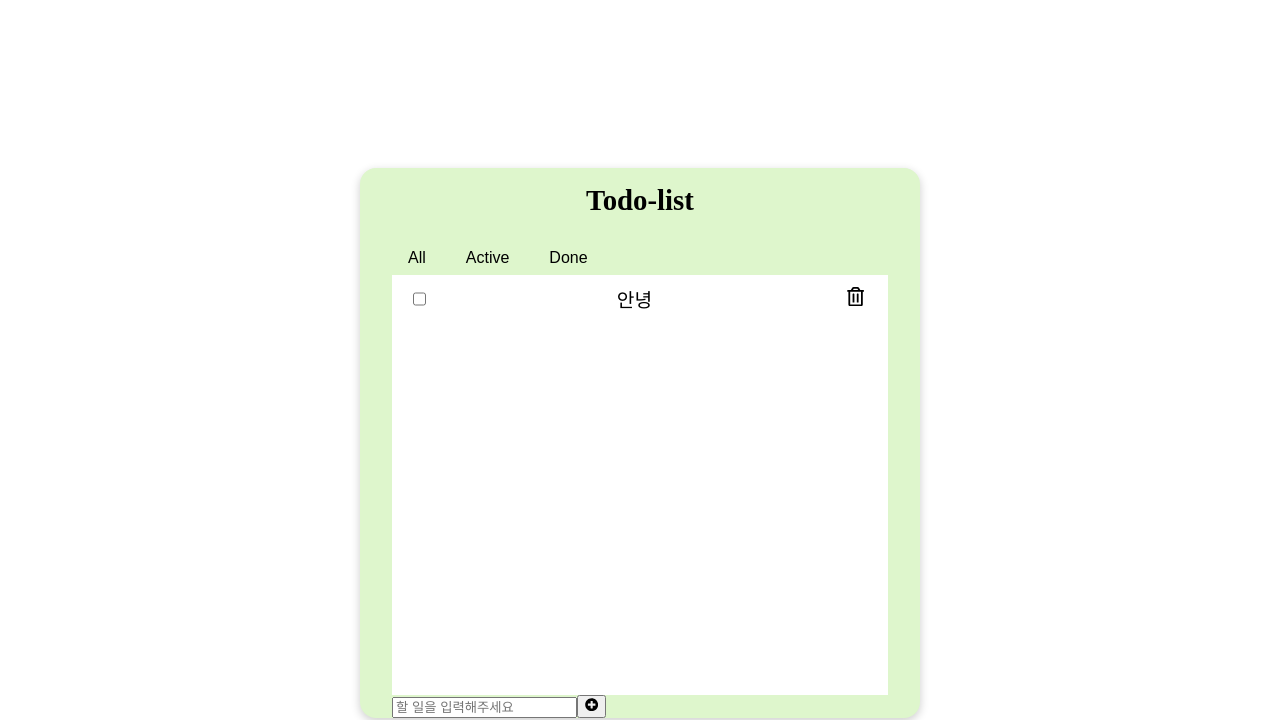
Repository: Yugayoung/todoList
Page: /
The author's editor kept a copy of each file at every save. The page is drawn from the files as they stood at one save, then again after the next save.
The browser window is 1280 px wide. The pictures show the whole page.
Some web fonts or font styles are not loaded; a fallback is used. The project was rebuilt for these pictures with package versions that can differ from the ones it lists, and the page was loaded fresh each time. Also part of the build but not shown: src/App.css.

Above is the page before, as saved 2024-03-21 17:13:20.

### src/index.css
@font-face {
  font-family: 'IM_Hyemin-Bold';
  src: url('./fonts/IM_Hyemin-Regular.otf') format('opentype');
  font-weight: normal;
  font-style: normal;
}

body {
  margin: 0;
  font-family: 'IM_Hyemin-Bold';
  -webkit-font-smoothing: antialiased;
  -moz-osx-font-smoothing: grayscale;
  width: 100vw;
  height: 100vh;
  display: flex;
  justify-content: center;
  align-items: center;
  font-size: 1.2rem;
}

code {
  font-family: source-code-pro, Menlo, Monaco, Consolas, 'Courier New',
    monospace;
}
#root {
  width: 100%;
  height: 60%;
  max-width: 35rem;
}

### src/App.js
import './App.css';
import Todo from './pages/Todo';

function App() {
  return (
    <>
      <Todo />
    </>
  );
}

export default App;

### src/pages/todo.jsx
import React from 'react';
import styled from 'styled-components';
import { FaPlusCircle } from 'react-icons/fa';
import { FaRegTrashAlt } from 'react-icons/fa';

const Title = styled.h2`
  text-align: center;
  font-weight: bold;
  padding: 1rem 0rem 0rem 0rem;
`;

const TodoList = styled.section`
  background-color: #def6cc;
  border-radius: 1rem;
  box-shadow: 0 3px 10px rgb(0, 0, 0, 0.2);
  padding: 0rem 2rem;
`;

const TapBtn = styled.button`
  background-color: transparent;
  border: none;
  margin-right: 0.5rem;
  padding: 0.5rem 1rem;
  font-size: 1rem;
  &:hover {
    color: #fd6cfd;
  }
  &:active {
    background-color: white;
    border-radius: 1rem 1rem 0rem 0rem;
    font-weight: bold;
  }
`;

const AddTodoLi = styled.li`
  list-style: none;
  padding: 0rem 1rem;
  display: flex;
  justify-content: space-between;
`;
const Btn = styled.button`
  background-color: transparent;
  border: none;
  font-size: 1.2rem;
  &:hover {
    color: red;
  }
`;
const Label = styled.label`
  margin: 0rem 0.5rem;
`;
const AddTodoUl = styled.ul`
  background-color: white;
  margin: 0rem;
  height: 400px;
  padding: 10px 1px;
`;

export default function Todo() {
  return (
    <>
      <TodoList>
        {/* 할일 state */}
        <Title>Todo-list</Title>
        <div>
          <TapBtn>All</TapBtn>
          <TapBtn>Active</TapBtn>
          <TapBtn>Done</TapBtn>
        </div>

        {/* addTodoList */}
        <AddTodoUl>
          <AddTodoLi>
            <input type='checkbox' />
            <Label htmlFor=''>안녕</Label>
            <Btn>
              <FaRegTrashAlt />
            </Btn>
          </AddTodoLi>
        </AddTodoUl>

        {/* 할일 입력 */}
        <div>
          <input type='text' placeholder='할 일을 입력해주세요' />
          <button>
            <FaPlusCircle />
          </button>
        </div>
      </TodoList>
    </>
  );
}

Loaded but not shown: public/index.html (common file); src/index.js (common file); src/reportWebVitals.js (common file)

After the next save:
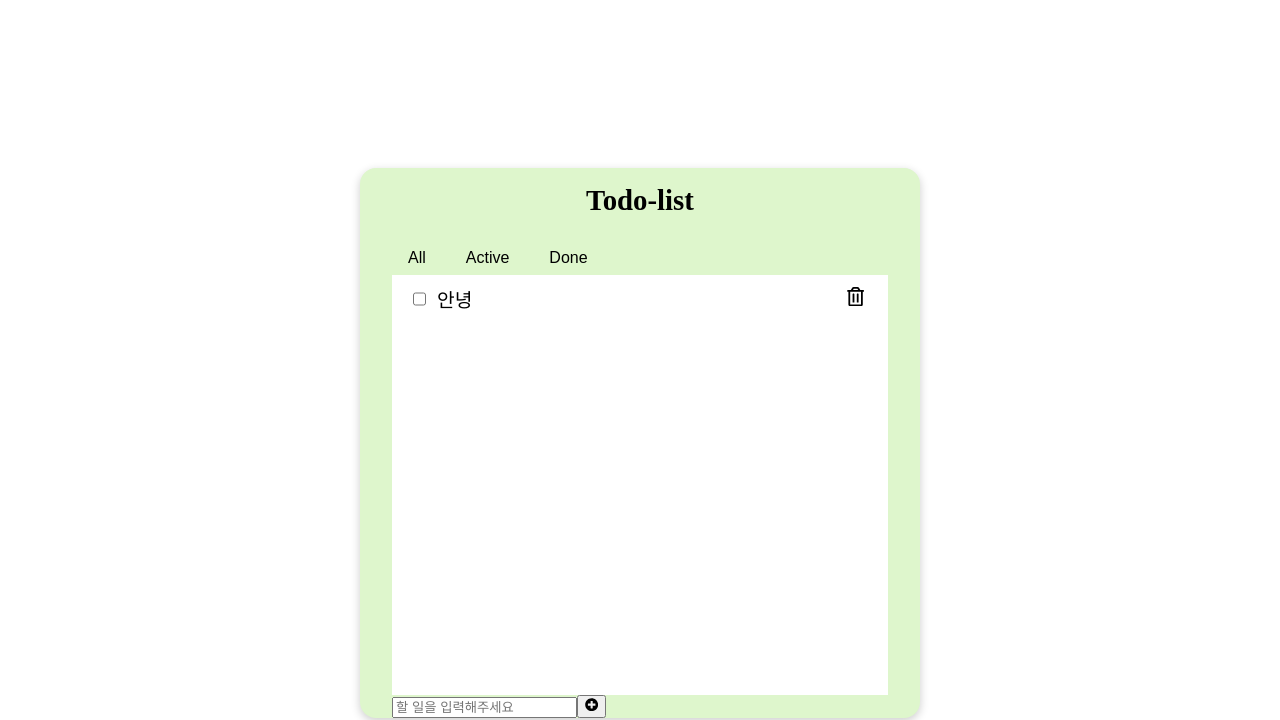
Saved 14 s later.
--- a/src/pages/todo.jsx
+++ b/src/pages/todo.jsx
@@ -47,6 +47,7 @@ const Btn = styled.button`
   }
 `;
 const Label = styled.label`
+  flex: 1 1;
   margin: 0rem 0.5rem;
 `;
 const AddTodoUl = styled.ul`
